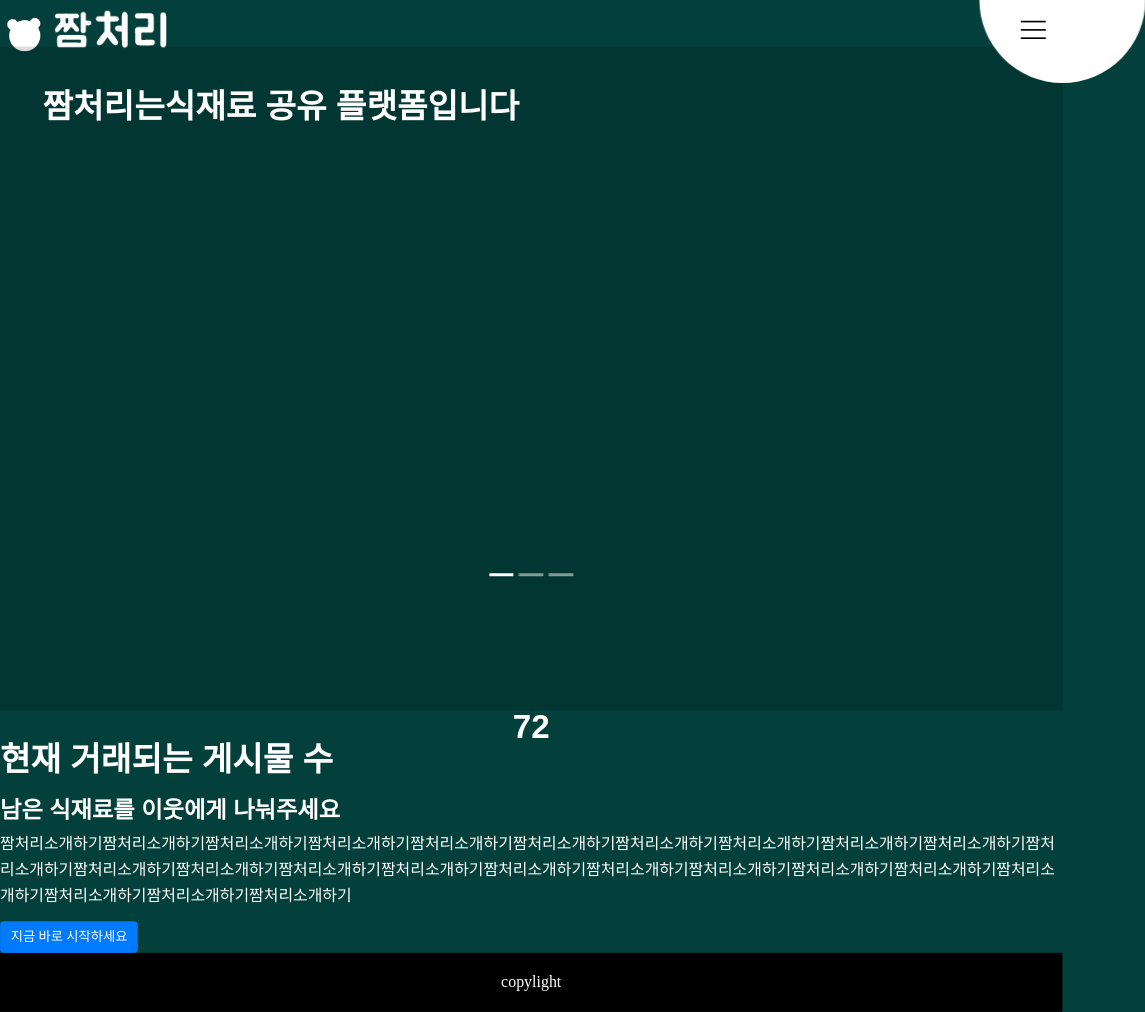
Repository: navang/JJAM_project
Page: http://localhost/jjam/jjam_intro.jsp
The author's editor kept a copy of each file at every save. The page is drawn from the files as they stood at one save, then again after the next save.
The browser window is 1280 px wide. The page is 1380 px wide, so the pictures cover 1380 px, including what lies to the right of the window. The pictures show the whole page, at 83% of full size.
Some web fonts or font styles are not loaded; a fallback is used. Some web libraries are served in a nearby version. The page is served by Tomcat 9. Nobody is signed in. The application's start-up code is not run.

Above is the page before, as saved 2019-07-18 07:09:13.

After the next save:
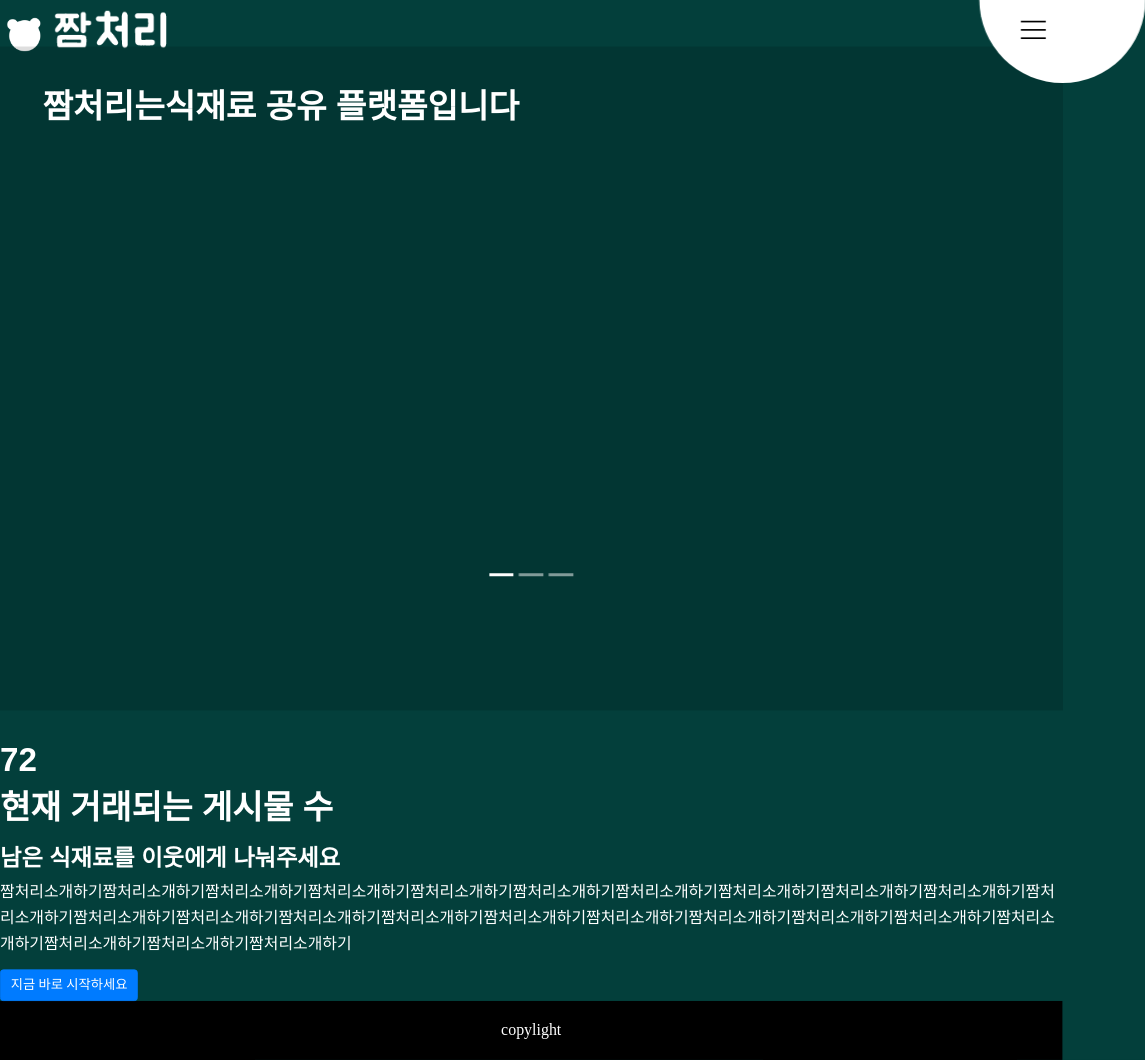
Saved 23 s later.
--- a/jjam/src/main/webapp/jjam_intro.jsp
+++ b/jjam/src/main/webapp/jjam_intro.jsp
@@ -74,7 +74,7 @@
                             <div class="carousel-item active " style="width: 100%">
                                     <img class=""  src="./resources/image/hidden.png" alt="">
                                 <div  class="carousel-caption">
-                                       <div></div> <h1 >72</h1>   </div>
+                                     </div> <h1 >72</h1>
                                         <h1>현재 거래되는 게시물 수</h1>
                                 </div>
                             </div>
